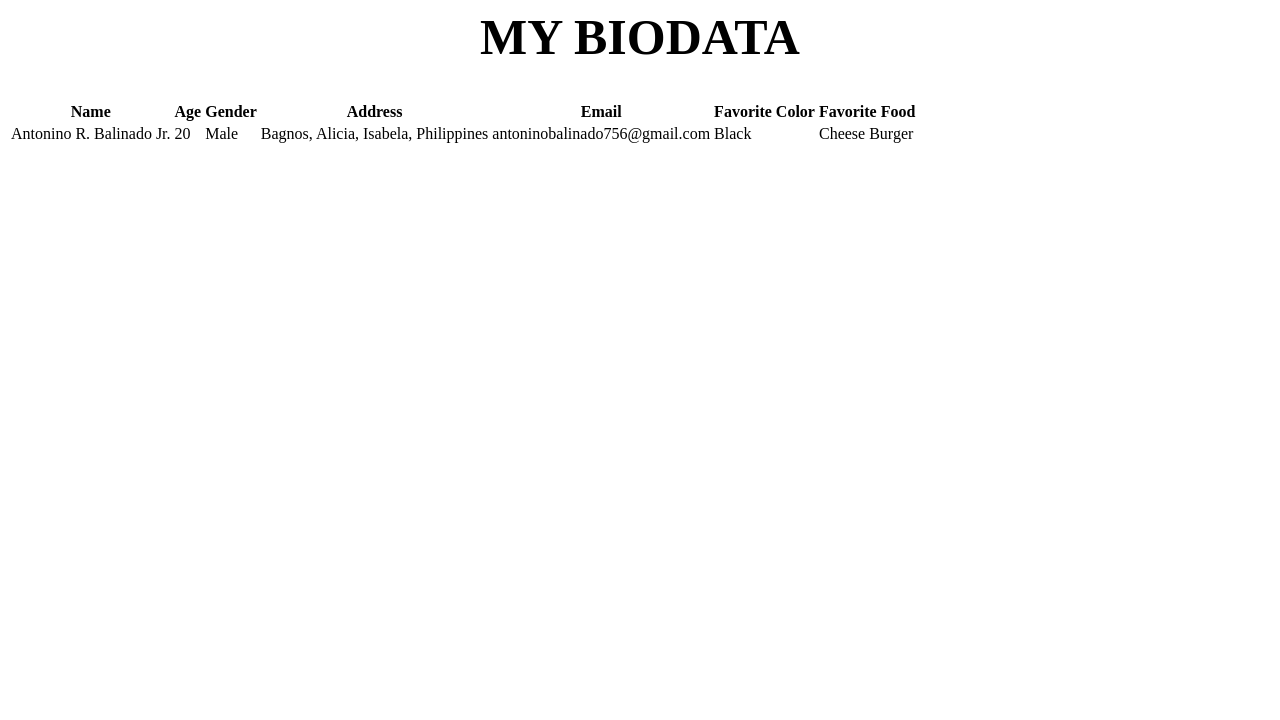
Repository: nino-pixel/github-uploading
Page: biodata.html
The author's editor kept a copy of each file at every save. The page is drawn from the files as they stood at one save, then again after the next save.
The browser window is 1280 px wide. The pictures show the whole page.

Above is the page before, as saved 2025-02-05 15:32:28.

### biodata.html
<html lang="en">
<head>
    <meta charset="UTF-8">
    <meta name="viewport" content="width=device-width, initial-scale=1.0">
    <title>My Biodata</title>
</head>
<body>
    <h1 id="title">MY BIODATA</h1>
    <div class="biodata">
    <table>
        <tr>
            <th>Name</th>
            <th>Age</th>
            <th>Gender</th>
            <th>Address</th>
            <th>Email</th>
            <th>Favorite Color</th>
            <th>Favorite Food</th>
        </tr>
        <tr>
            <td>Antonino R. Balinado Jr.</td>
            <td>20</td>
            <td>Male</td>
            <td>Bagnos, Alicia, Isabela, Philippines</td>
            <td>antoninobalinado756@gmail.com</td>
            <td>Black</td>
            <td>Cheese Burger</td>
        </tr>
    </table>

</div>
</body>
<style>
    #title{
        text-align: center;
        font-size: 50px;
    }

</style>

</html>

After the next save:
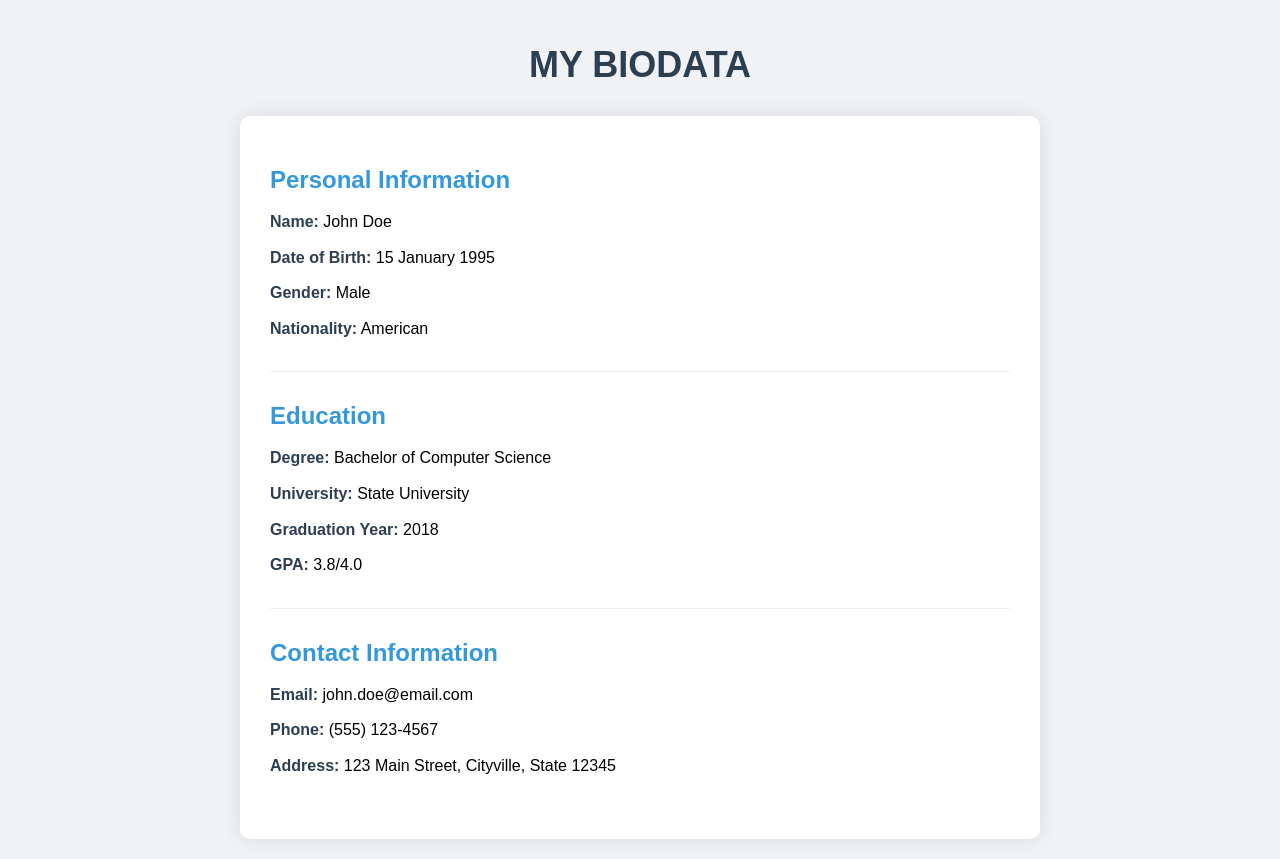
Saved 4 min 24 s later.
--- a/biodata.html
+++ b/biodata.html
@@ -1,41 +1,81 @@
-<html lang="en">
+<!DOCTYPE html>
+<html>
 <head>
-    <meta charset="UTF-8">
-    <meta name="viewport" content="width=device-width, initial-scale=1.0">
-    <title>My Biodata</title>
+    <title>Static Biodata</title>
 </head>
 <body>
-    <h1 id="title">MY BIODATA</h1>
-    <div class="biodata">
-    <table>
-        <tr>
-            <th>Name</th>
-            <th>Age</th>
-            <th>Gender</th>
-            <th>Address</th>
-            <th>Email</th>
-            <th>Favorite Color</th>
-            <th>Favorite Food</th>
-        </tr>
-        <tr>
-            <td>Antonino R. Balinado Jr.</td>
-            <td>20</td>
-            <td>Male</td>
-            <td>Bagnos, Alicia, Isabela, Philippines</td>
-            <td>antoninobalinado756@gmail.com</td>
-            <td>Black</td>
-            <td>Cheese Burger</td>
-        </tr>
-    </table>
+    <div class="container">
+        <h1 id="title">MY BIODATA</h1>
 
-</div>
+        <div class="biodata">
+            <div class="section">
+                <h2>Personal Information</h2>
+                <p><strong>Name:</strong> John Doe</p>
+                <p><strong>Date of Birth:</strong> 15 January 1995</p>
+                <p><strong>Gender:</strong> Male</p>
+                <p><strong>Nationality:</strong> American</p>
+            </div>
+
+            <div class="section">
+                <h2>Education</h2>
+                <p><strong>Degree:</strong> Bachelor of Computer Science</p>
+                <p><strong>University:</strong> State University</p>
+                <p><strong>Graduation Year:</strong> 2018</p>
+                <p><strong>GPA:</strong> 3.8/4.0</p>
+            </div>
+
+            <div class="section">
+                <h2>Contact Information</h2>
+                <p><strong>Email:</strong> john.doe@email.com</p>
+                <p><strong>Phone:</strong> (555) 123-4567</p>
+                <p><strong>Address:</strong> 123 Main Street, Cityville, State 12345</p>
+            </div>
+        </div>
+    </div>
+
+    <style>
+        body {
+            font-family: Arial, sans-serif;
+            background-color: #f0f2f5;
+            margin: 0;
+            padding: 20px;
+        }
+        .container {
+            max-width: 800px;
+            margin: 0 auto;
+        }
+        #title {
+            text-align: center;
+            color: #2c3e50;
+            font-size: 36px;
+            margin-bottom: 30px;
+        }
+        .biodata {
+            background-color: white;
+            padding: 30px;
+            border-radius: 10px;
+            box-shadow: 0 0 20px rgba(0,0,0,0.1);
+        }
+        .section {
+            margin-bottom: 30px;
+            padding-bottom: 20px;
+            border-bottom: 1px solid #eee;
+        }
+        .section:last-child {
+            border-bottom: none;
+            margin-bottom: 0;
+        }
+        h2 {
+            color: #3498db;
+            margin-bottom: 15px;
+        }
+        p {
+            margin: 10px 0;
+            line-height: 1.6;
+        }
+        strong {
+            color: #2c3e50;
+        }
+    </style>
 </body>
-<style>
-    #title{
-        text-align: center;
-        font-size: 50px;
-    }
-
-</style>
-
 </html>
